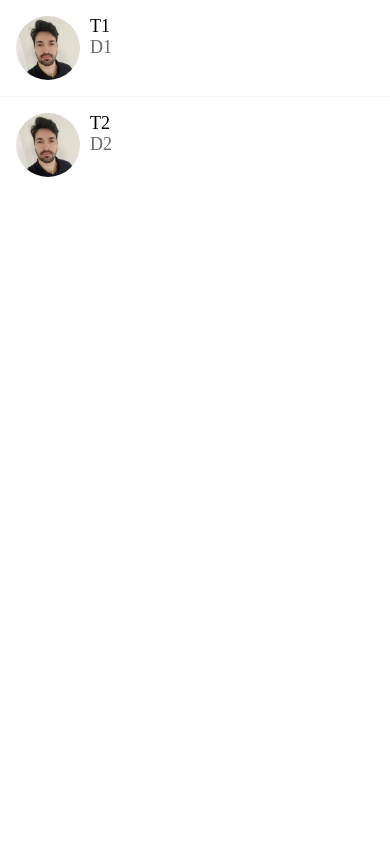
Repository: georgehgfonseca/F05-Trena-Native
Screen: /
These files come from the project's save history. The screen is drawn as it stood at one moment and after the next save; the edit follows.
The app was drawn by React Native's web renderer in a window 390 px wide. The project was rebuilt for these pictures with package versions that can differ from the ones it lists, and the page was loaded fresh each time. Some packages were replaced by stand-ins written for this rebuild.

Above is the screen before, as saved 2022-10-13 22:27:47.

After the next save:
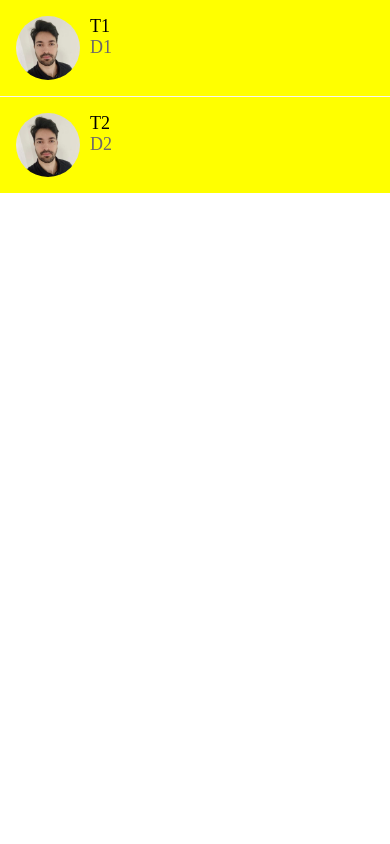
Saved 57 s later.
--- a/app/components/Screen.tsx
+++ b/app/components/Screen.tsx
@@ -14,6 +14,7 @@
 const styles = StyleSheet.create({
   screen: {
     paddingTop: Constants.statusBarHeight,
+    backgroundColor: "yellow",
   },
 });
 

After the save that followed:
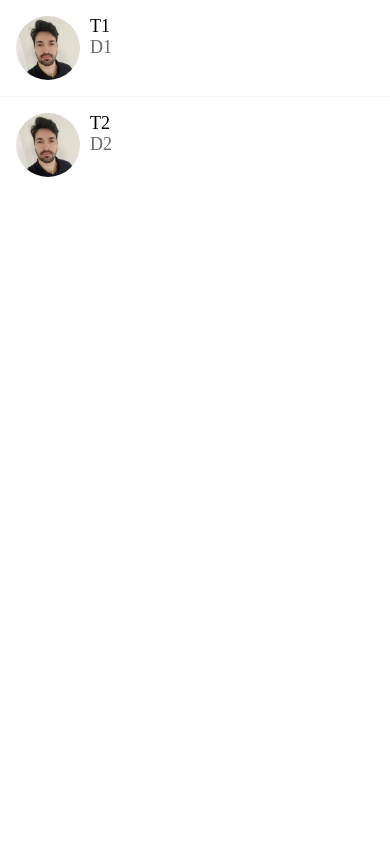
Saved 30 s later.
--- a/app/components/Screen.tsx
+++ b/app/components/Screen.tsx
@@ -14,7 +14,7 @@
 const styles = StyleSheet.create({
   screen: {
     paddingTop: Constants.statusBarHeight,
-    backgroundColor: "yellow",
+    flex: 1,
   },
 });
 
